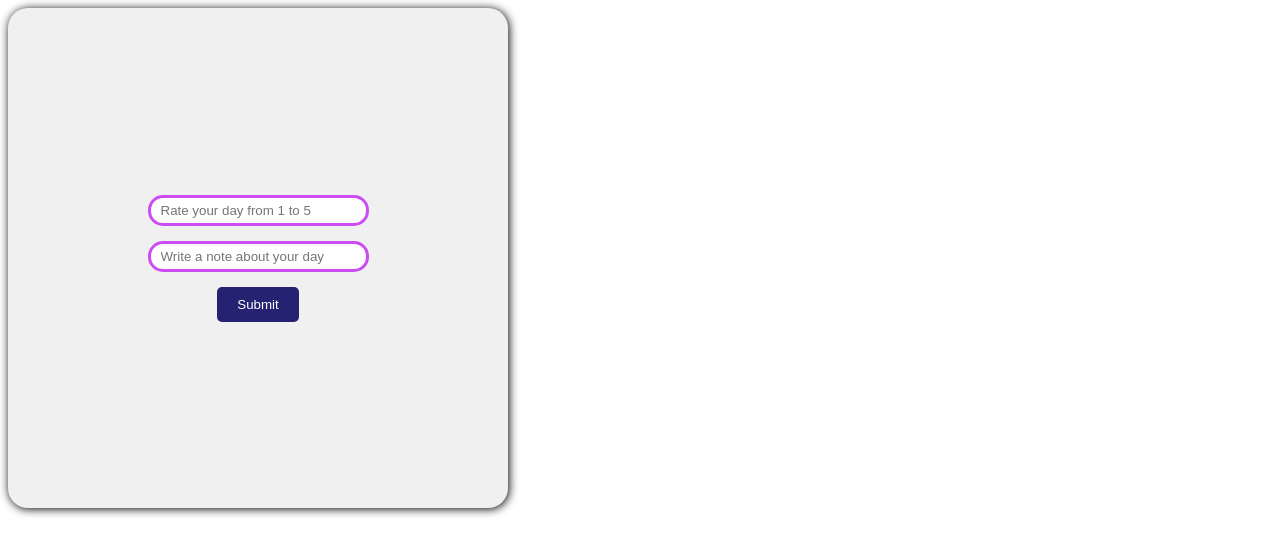
Repository: elenav24/RateMyDay
Page: frontend/index.html
An editor plug-in stored every save of this project. The page is shown before and after the next save, followed by the edit.
The browser window is 1280 px wide. The pictures show the whole page.

Above is the page before, as saved 2025-05-15 01:27:47.

After the next save:
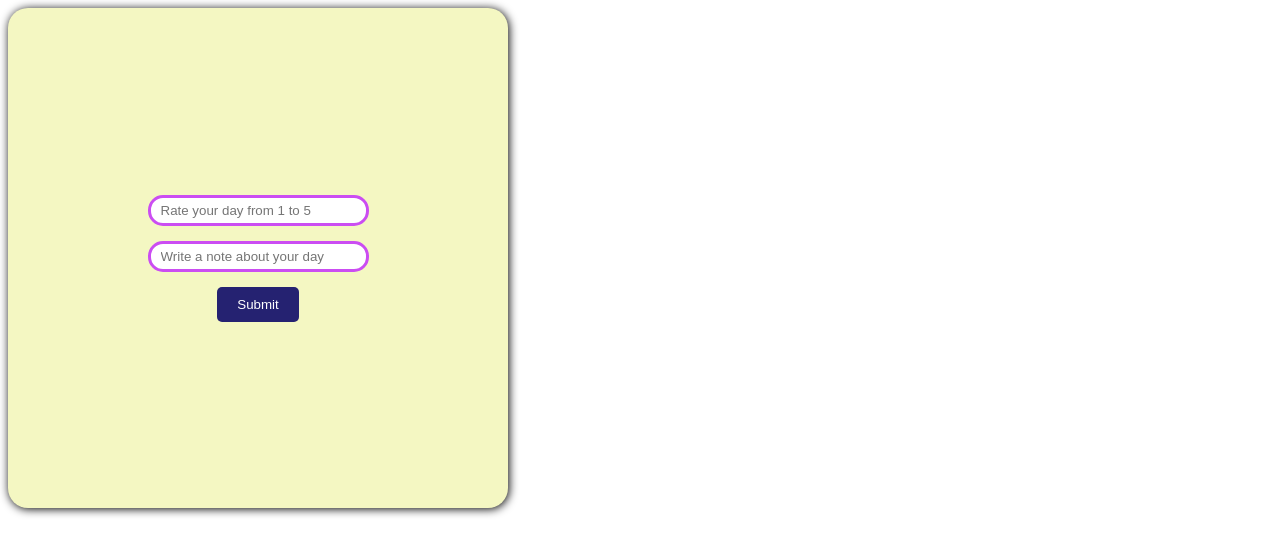
Saved 18 s later.
--- a/frontend/style.css
+++ b/frontend/style.css
@@ -7,7 +7,7 @@
     height: 500px;
     box-shadow: 1px 1px 10px #000;
     border-radius: 20px;
-    background-color: #f0f0f0;
+    background-color: #f4f7c2;
 }
 
 #rating, #note {
